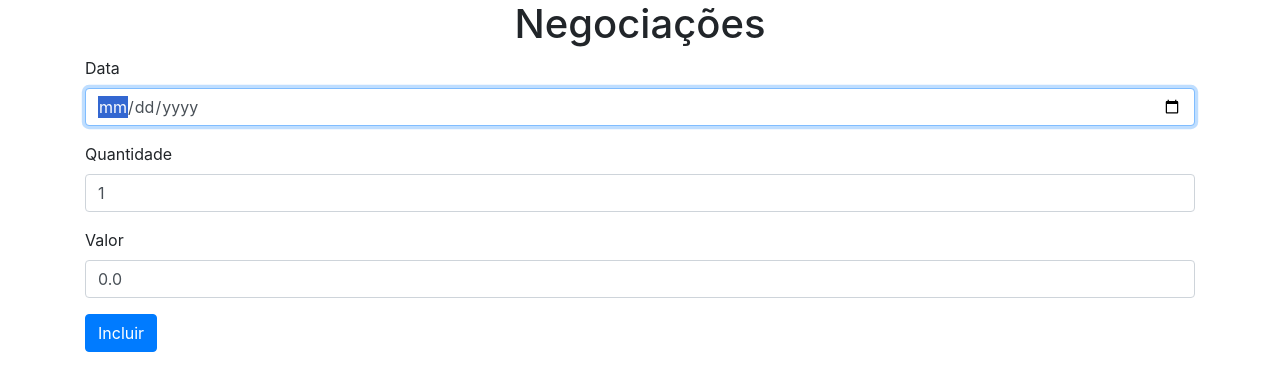
Repository: gotomarcelo/TypeScript
Page: dist/index.html
An editor plug-in stored every save of this project. The page is shown before and after the next save, followed by the edit.
The browser window is 1280 px wide. The pictures show the whole page.

Above is the page before, as saved 2021-11-11 15:51:19.

### dist/index.html
<!DOCTYPE html>
<html>
<head>
    <meta charset="UTF-8">
    <meta name="viewport" content="width=device-width, initial-scale=1">
    <title>Negociações</title>
    <link rel="stylesheet" href="css/bootstrap.css">
</head>

<body class="container">

    <h1 class="text-center">Negociações</h1>

    <div id="mensagemView"></div>

    <form class="form">

        <div class="form-group">
            <label for="data">Data</label>
            <input type="date" id="data" class="form-control" required autofocus/>
        </div>

        <div class="form-group">
            <label for="quantidade">Quantidade</label>
            <input type="number" min="1" step="1" id="quantidade" class="form-control" value="1" required/>
        </div>

        <div class="form-group">
            <label for="valor">Valor</label>
            <input id="valor" type="number" class="form-control"  min="0.01" step="0.01" value="0.0" required />
        </div>

        <button class="btn btn-primary" type="submit">Incluir</button>
    </form>
    <br>
    <br>
</body>
</html>

Loaded but not shown: dist/css/bootstrap.css (library)

After the next save:
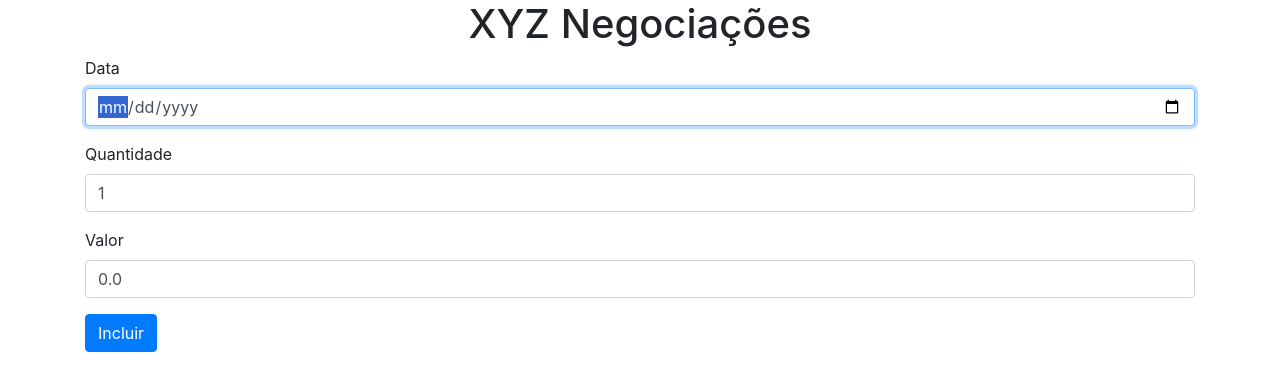
Saved 98 days later.
--- a/dist/index.html
+++ b/dist/index.html
@@ -9,7 +9,7 @@
 
 <body class="container">
 
-    <h1 class="text-center">Negociações</h1>
+    <h1 class="text-center">XYZ Negociações</h1>
 
     <div id="mensagemView"></div>
 

After the save that followed:
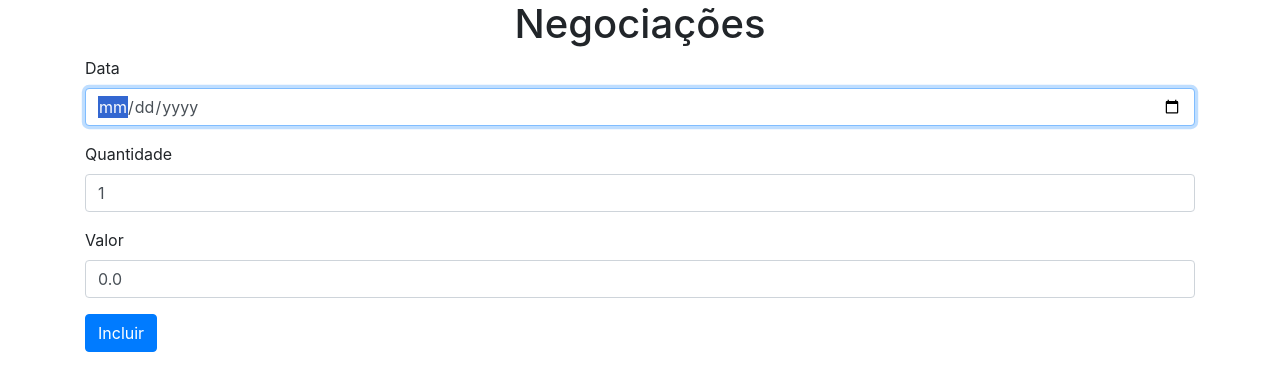
Saved 55 s later.
--- a/dist/index.html
+++ b/dist/index.html
@@ -9,7 +9,7 @@
 
 <body class="container">
 
-    <h1 class="text-center">XYZ Negociações</h1>
+    <h1 class="text-center">Negociações</h1>
 
     <div id="mensagemView"></div>
 
